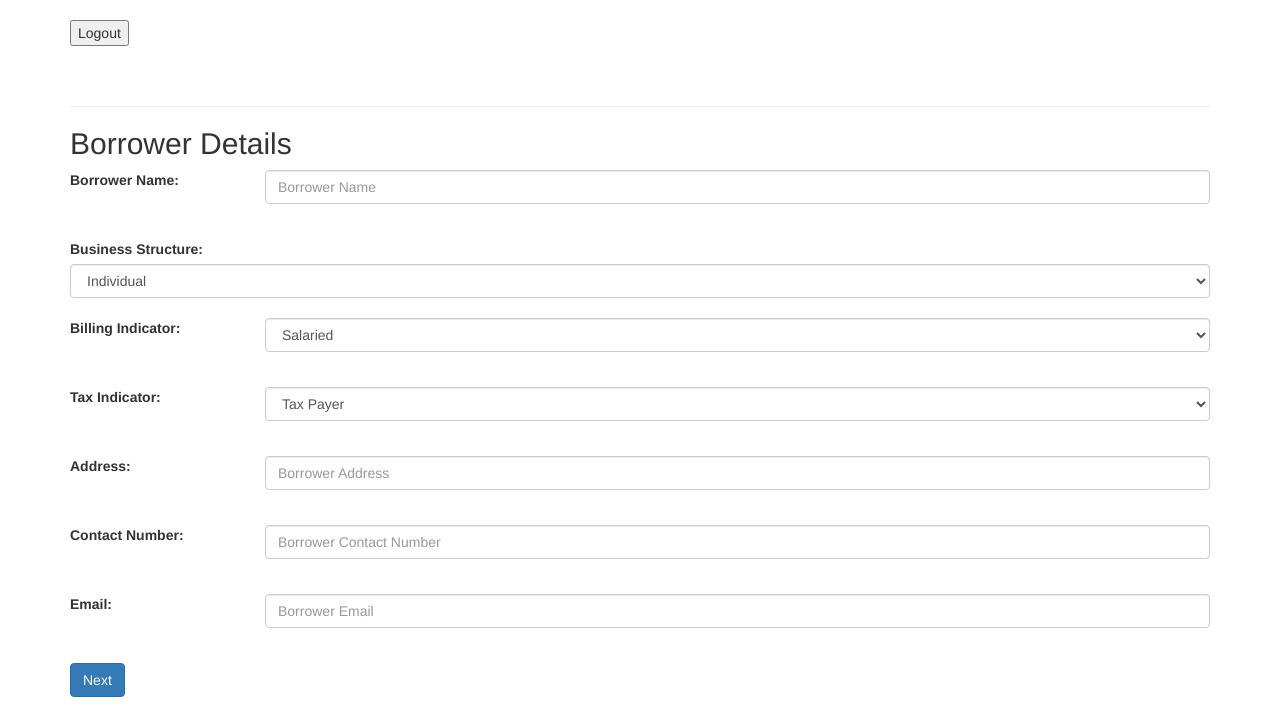
Repository: Bayvao/E-Loan-Project
Page: http://localhost/E-Loan-Project/WEB-INF/views/borrower-details-form.jsp
The author's editor kept a copy of each file at every save. The page is drawn from the files as they stood at one save, then again after the next save.
The browser window is 1280 px wide. The pictures show the whole page.
The page is served by Tomcat 9. Nobody is signed in. Other server files are loaded and not shown. The template is opened directly, without the code that normally fills it, so the values that code supplies are empty.

Above is the page before, as saved 2020-07-20 12:47:24.

### E-Loan-Project/src/main/webapp/WEB-INF/views/borrower-details-form.jsp
<%@ taglib prefix="form" uri="http://www.springframework.org/tags/form"%>
<%@ taglib prefix="security"
	uri="http://www.springframework.org/security/tags"%>
<%@ taglib prefix="c" uri="http://java.sun.com/jsp/jstl/core"%>

<!DOCTYPE html>
<html lang="en">
<head>
<title>Borrower Details</title>
<meta charset="utf-8">
<meta name="viewport" content="width=device-width, initial-scale=1">
<link rel="stylesheet"
	href="https://maxcdn.bootstrapcdn.com/bootstrap/3.4.1/css/bootstrap.min.css">
<script
	src="https://ajax.googleapis.com/ajax/libs/jquery/3.5.1/jquery.min.js"></script>
<script
	src="https://maxcdn.bootstrapcdn.com/bootstrap/3.4.1/js/bootstrap.min.js"></script>

<style>
.error {
	color: red;
}
</style>
</head>
<body>
	<div class="container">
		<br />

		<!-- Add a logout button -->
		<form:form action="${pageContext.request.contextPath}/logout"
			method="POST">

			<input type="submit" value="Logout" />

		</form:form>

		<!-- display user name and role -->
		<br /> <br />
		<p>

			<security:authorize access="isAuthenticated()">
        User: <security:authentication property="principal.username" />
        Role(s): <security:authentication
					property="principal.authorities" />
			</security:authorize>
		</p>

		<hr>
		<h2>Borrower Details</h2>
		<form:form
			action="${pageContext.request.contextPath}/loan/processBorrower"
			modelAttribute="loanBorrower">

			<div class="form-group row">
				<label class="col-sm-2 col-form-label">Borrower Name: </label>
				<div class="col-sm-10">
					<form:input path="bName" placeholder="Borrower Name"
						class="form-control" />
					<form:errors path="bName" cssClass="error" />
				</div>
			</div>
			<br>
			<div class="form-row align-items-center">
				<div class="col-auto my-1">
				<label class="mr-sm-2">Business Structure: </label>
					<form:select path="bStructure" class="form-control">
						<form:option value="Individual">Individual</form:option>
						<form:option value="Organizational">Organizational</form:option>

					</form:select>
				</div>
			</div>
			<br>
			<div class="form-group row">
				<label class="col-sm-2 col-form-label">Billing Indicator: </label>
				<div class="col-sm-10">
					<form:select path="bIndicator" class="form-control">
						<form:option value="Salaried">Salaried</form:option>
						<form:option value="Non-Salaried">Non-Salaried</form:option>

					</form:select>
				</div>
			</div>
			<br>
			<div class="form-group row">

				<label class="col-sm-2 col-form-label">Tax Indicator: </label>
				<div class="col-sm-10">
					<form:select path="tIndicator" class="form-control">
						<form:option value="Tax Payer">Tax Payer</form:option>
						<form:option value="Not Tax Payer">Non Tax Payer</form:option>

					</form:select>
				</div>
			</div>
			<br>
			<div class="form-group row">
				<label class="col-sm-2 col-form-label">Address: </label>
				<div class="col-sm-10">
					<form:input path="bAddress" placeholder="Borrower Address"
						class="form-control" />
					<form:errors path="bAddress" cssClass="error" />
				</div>
			</div>
			<br>
			<div class="form-group row">
				<label class="col-sm-2 col-form-label">Contact Number: </label>
				<div class="col-sm-10">
					<form:input path="bContactNo" placeholder="Borrower Contact Number"
						class="form-control" />
					<form:errors path="bContactNo" cssClass="error" />
				</div>
			</div>
			<br>
			<div class="form-group row">
				<label class="col-sm-2 col-form-label">Email: </label>
				<div class="col-sm-10">
					<form:input path="bEmail" placeholder="Borrower Email"
						class="form-control" />
					<form:errors path="bEmail" cssClass="error" />
				</div>
			</div>
			<br>
			<div class="form-group row">
				<div class="col-sm-10">
					<button type="submit" class="btn btn-primary">Next</button>
				</div>
			</div>
		</form:form>
	</div>

</body>
</html>

After the next save:
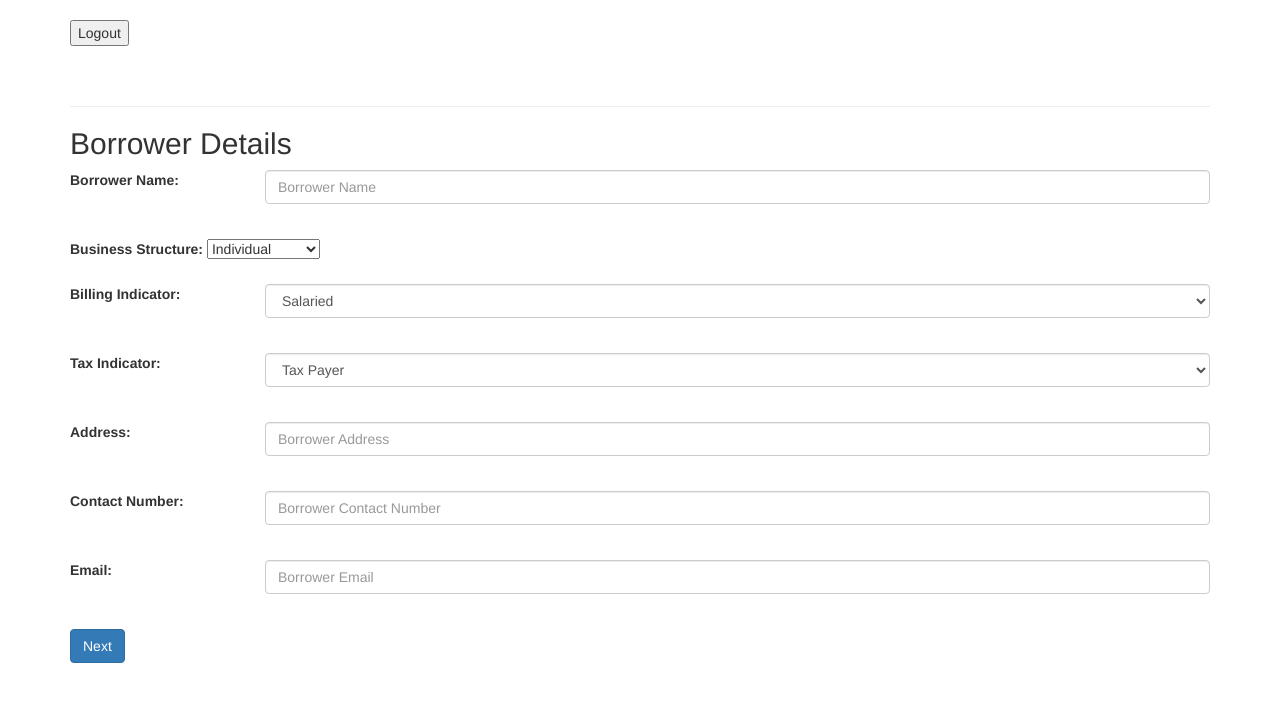
Saved 22 s later.
--- a/E-Loan-Project/src/main/webapp/WEB-INF/views/borrower-details-form.jsp
+++ b/E-Loan-Project/src/main/webapp/WEB-INF/views/borrower-details-form.jsp
@@ -63,7 +63,7 @@
 			<div class="form-row align-items-center">
 				<div class="col-auto my-1">
 				<label class="mr-sm-2">Business Structure: </label>
-					<form:select path="bStructure" class="form-control">
+					<form:select path="bStructure" class="custom-select mr-sm-2">
 						<form:option value="Individual">Individual</form:option>
 						<form:option value="Organizational">Organizational</form:option>
 
